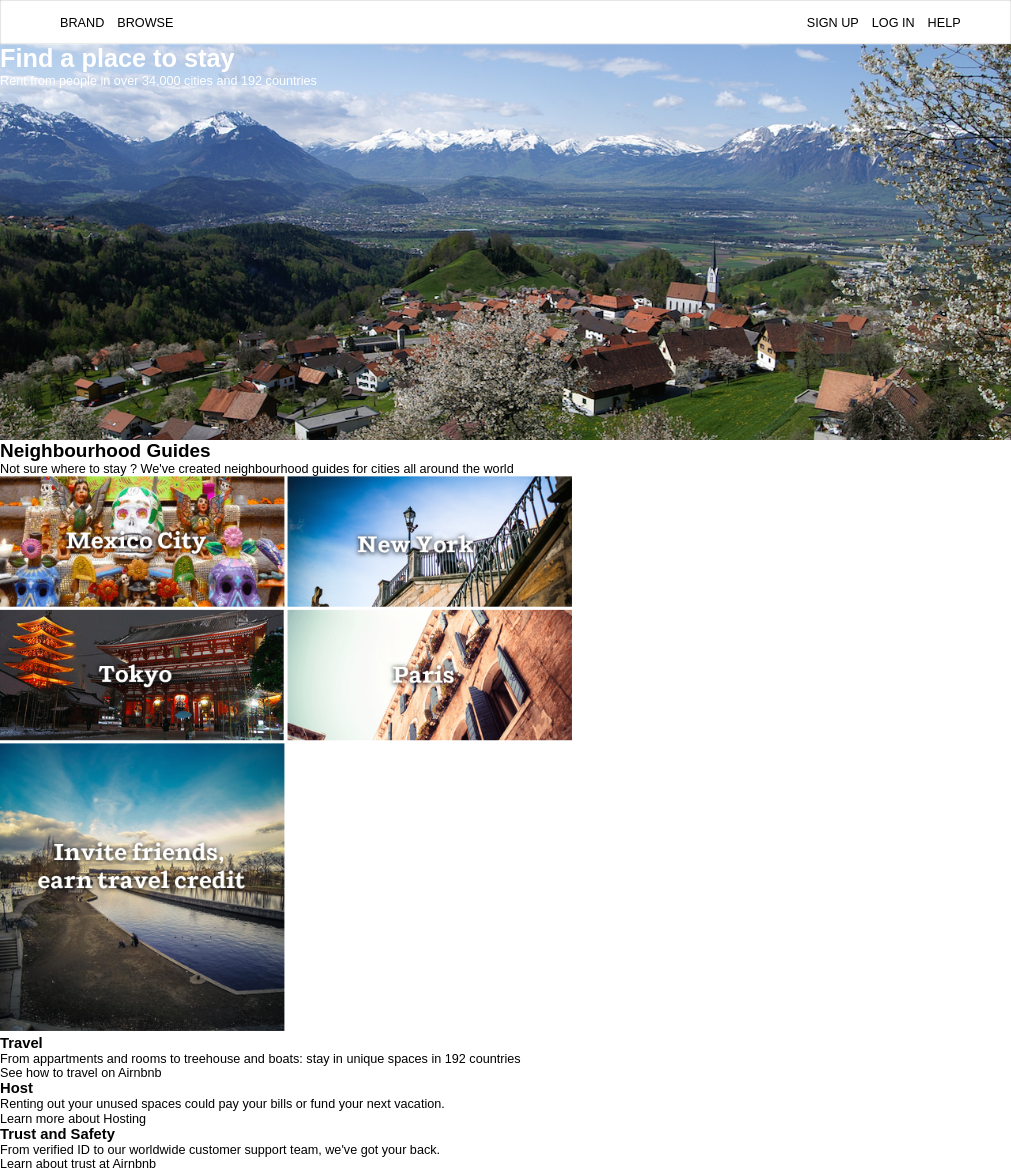
Repository: Naohonproject/web101x02_asm1
Page: Project2.html
The author's editor kept a copy of each file at every save. The page is drawn from the files as they stood at one save, then again after the next save.
The browser window is 1280 px wide. The pictures show the whole page, at 79% of full size.

Above is the page before, as saved 2022-01-15 18:14:53.

After the next save:
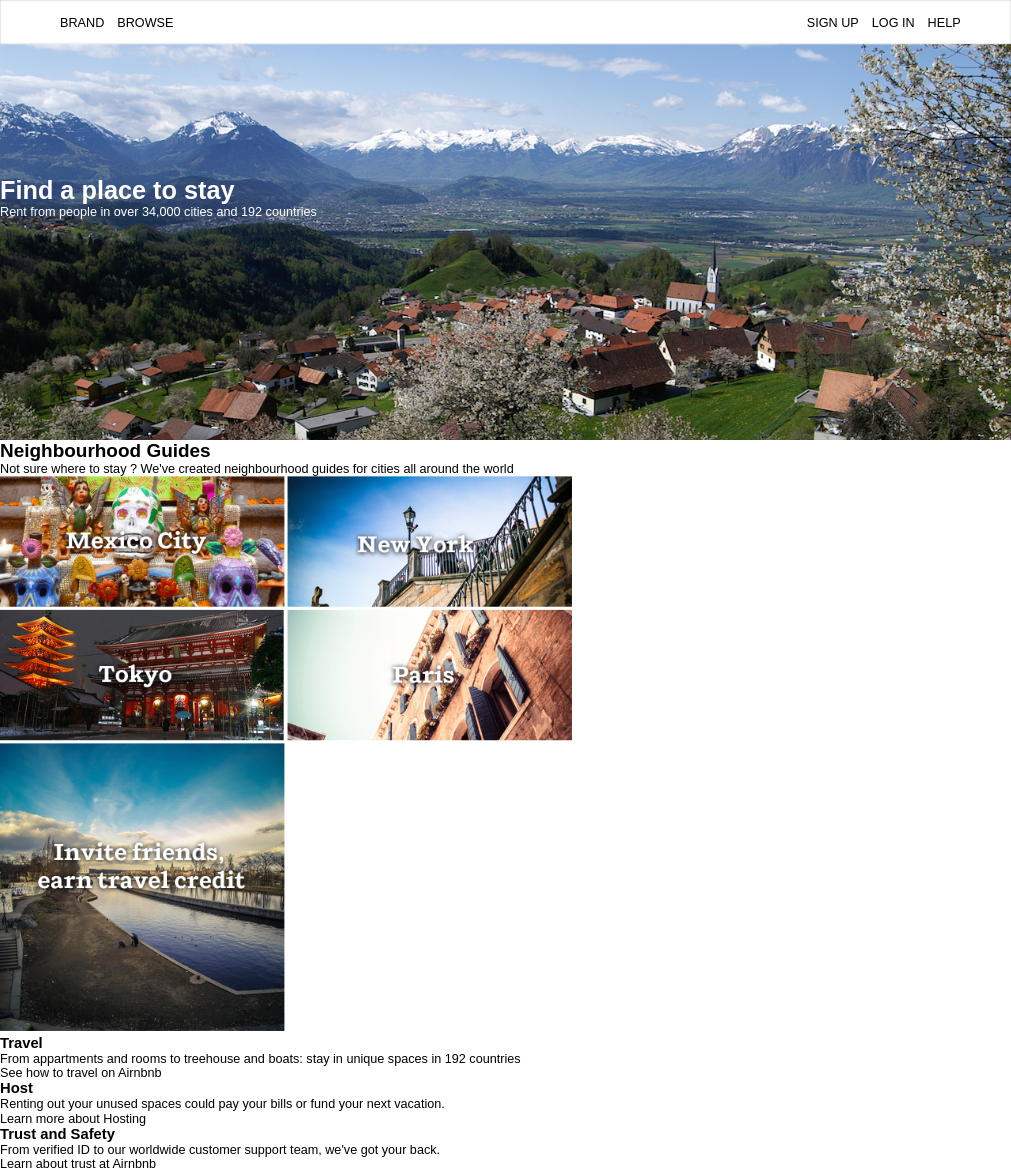
Saved 3 min 23 s later.
--- a/assets/css/style.css
+++ b/assets/css/style.css
@@ -91,4 +91,5 @@ html {
 	position: absolute;
 	top: 0;
 	left: 0;
+	top: 33.33333%;
 }
